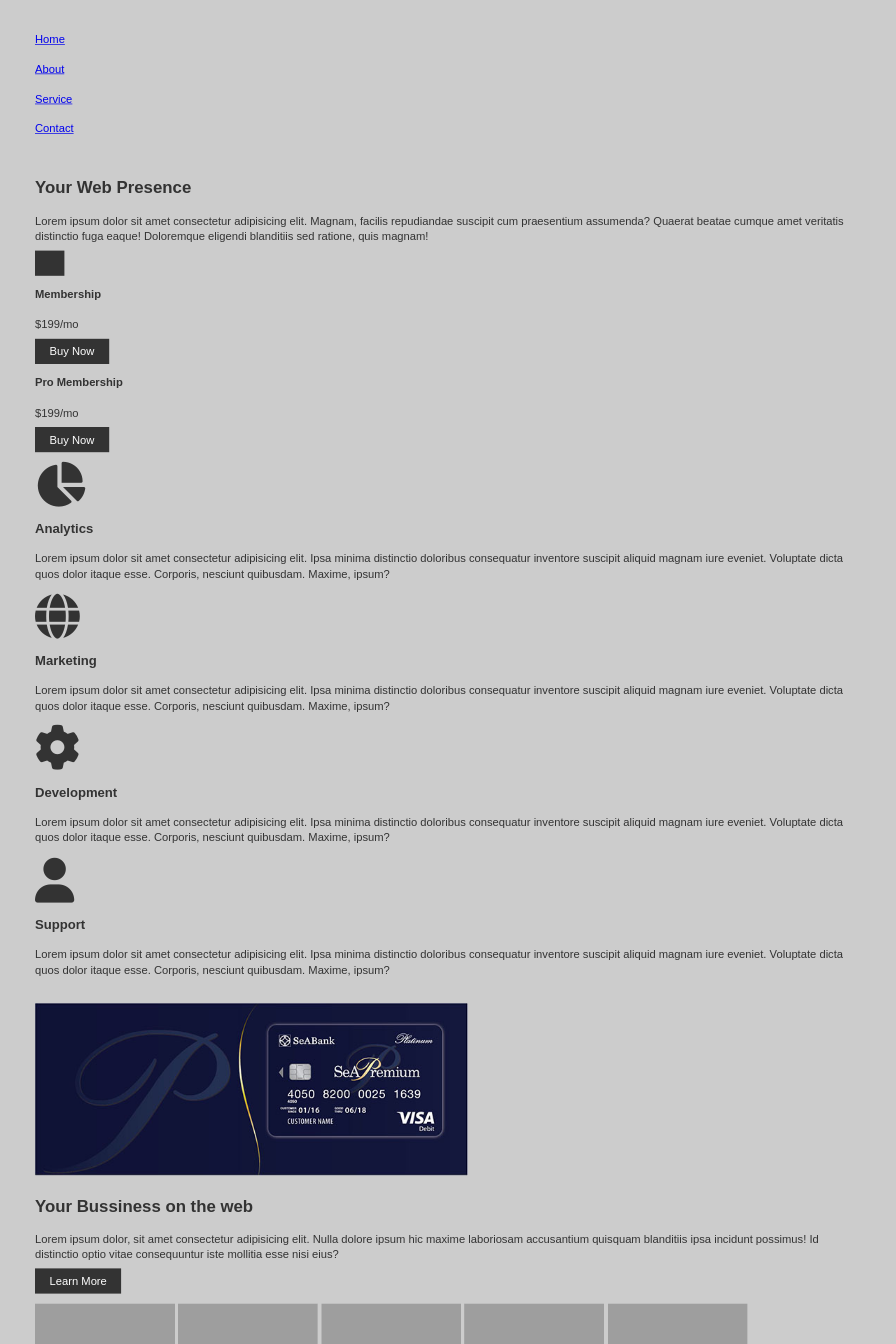
Repository: 1813404040072/grid-demo
Page: index.html
These files come from the project's save history. The page is drawn as it stood at one moment and after the next save; the edit follows.
The browser window is 1280 px wide. The pictures show the part of the page from y = 0 to 1920 px (the page is 2379 px tall before and 2252 px after), at 70% of full size.
Pictures or frames that could not be fetched are drawn as grey boxes. Some web libraries are served in a nearby version.

Above is the page before, as saved 2019-12-24 23:17:20.

After the next save:
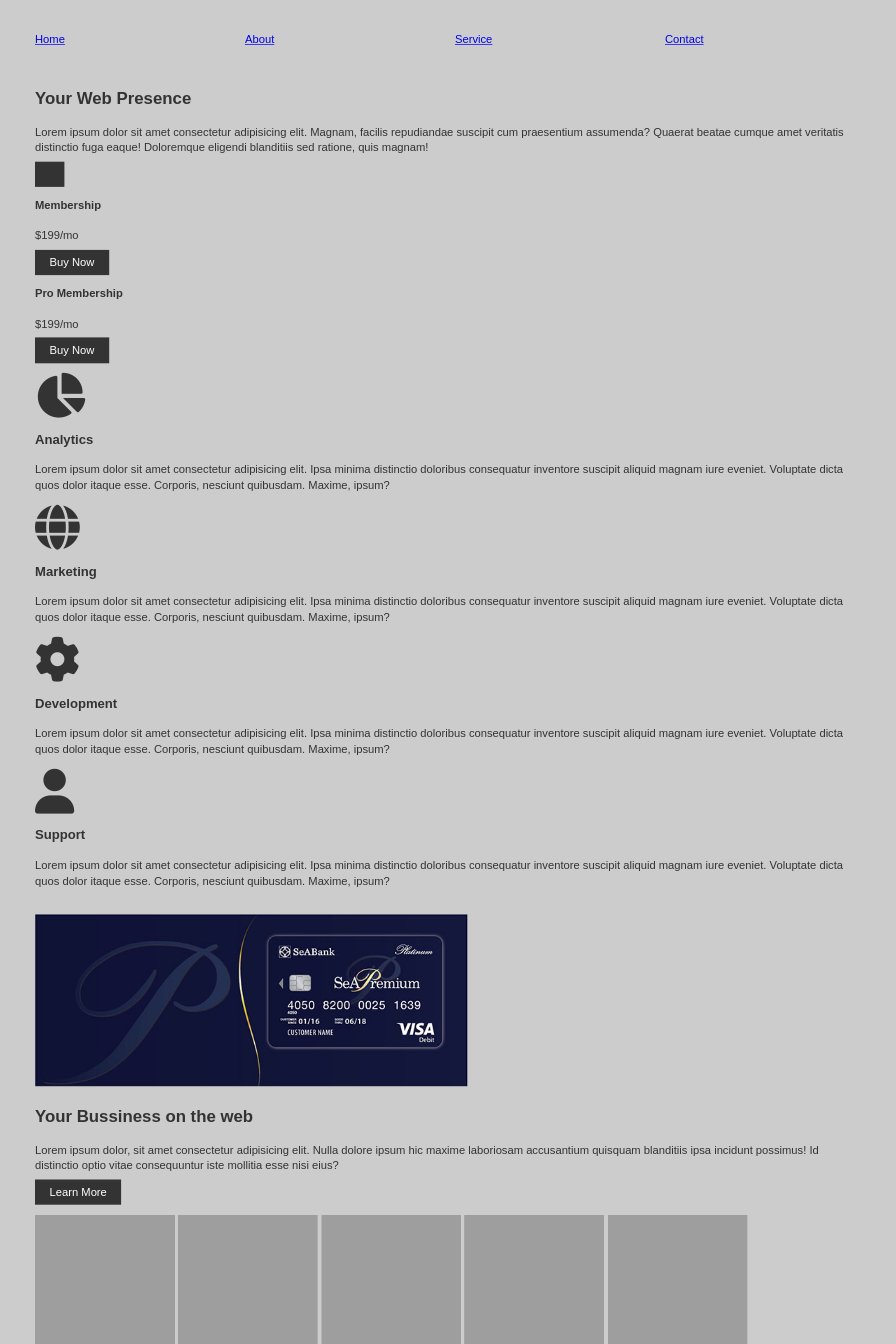
Saved 5 s later.
--- a/style.css
+++ b/style.css
@@ -42,5 +42,5 @@
     grid-gap: 20px;
     padding: 0;
     list-style: none;
-    grid-template-columns: 1fr;
+    grid-template-columns: 1fr 1fr 1fr 1fr;
 }
